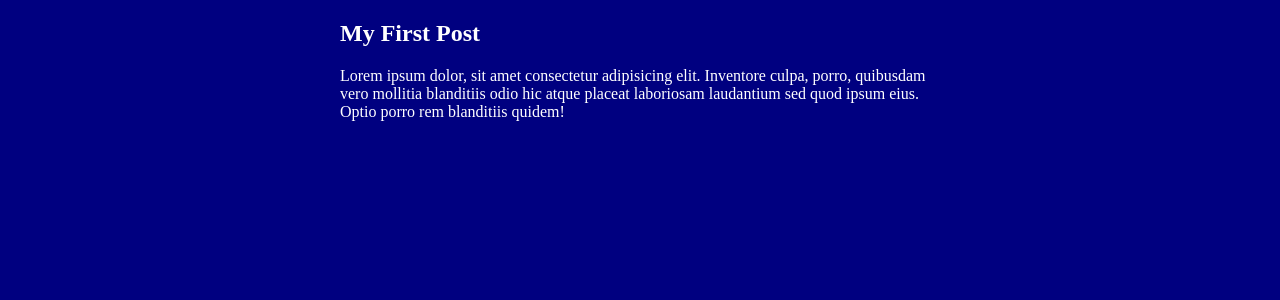
Repository: RaquelAlvarezz/example-app
Page: http://localhost/
An editor plug-in stored every save of this project. The page is shown before and after the next save, followed by the edit.
The browser window is 1280 px wide. The pictures show the whole page.
The page is served by the project's Laravel application, run on PHP 8.4 with Laravel 8.

Above is the page before, as saved 2022-02-10 14:18:18.

After the next save:
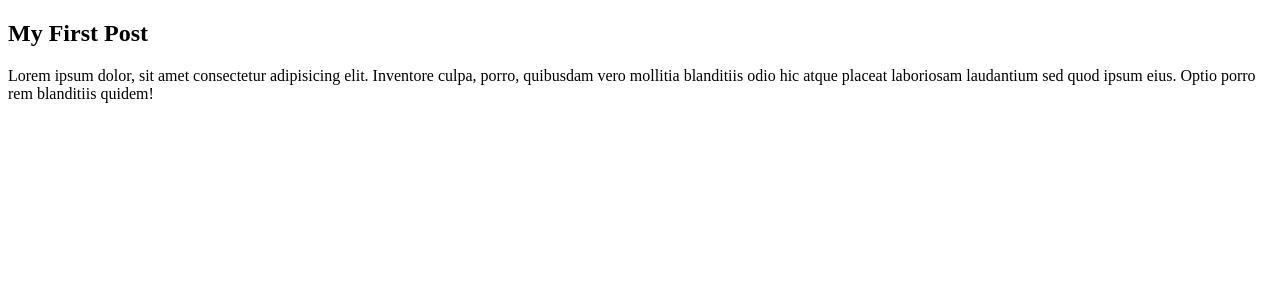
Saved 53 s later.
--- a/resources/views/post.blade.php
+++ b/resources/views/post.blade.php
@@ -4,7 +4,7 @@
     <meta charset="UTF-8">
     <meta http-equiv="X-UA-Compatible" content="IE=edge">
     <meta name="viewport" content="width=device-width, initial-scale=1.0">
-    <link rel="stylesheet" href="../css/app.css">
+    <link rel="stylesheet" href="/resources/css/app.css>
     <script src="../js/app.js"></script>
     <title>My Blog</title>
 </head>

After the save that followed:
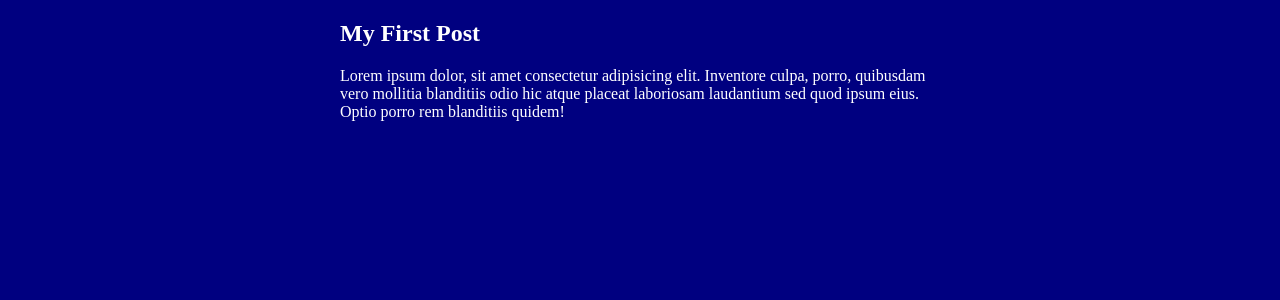
Saved 4 s later.
--- a/resources/views/post.blade.php
+++ b/resources/views/post.blade.php
@@ -4,7 +4,7 @@
     <meta charset="UTF-8">
     <meta http-equiv="X-UA-Compatible" content="IE=edge">
     <meta name="viewport" content="width=device-width, initial-scale=1.0">
-    <link rel="stylesheet" href="/resources/css/app.css>
+    <link rel="stylesheet" href="/resources/css/app.css">
     <script src="../js/app.js"></script>
     <title>My Blog</title>
 </head>
